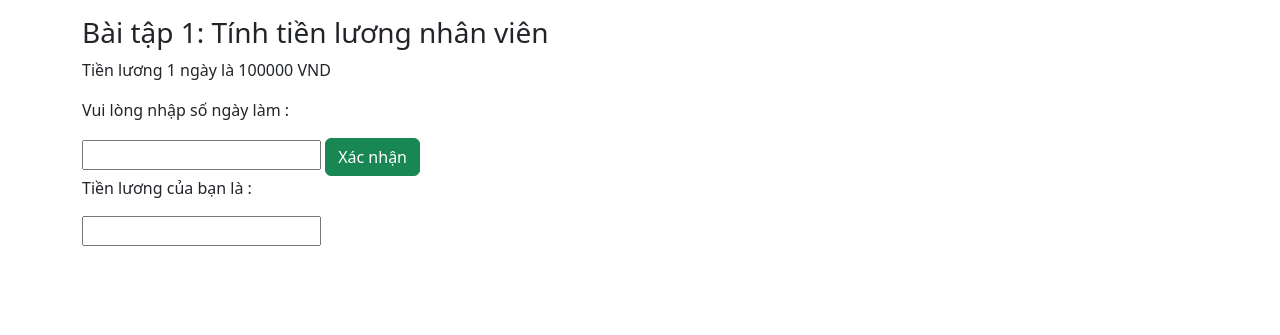
Repository: hcozyph/TranHuuPhuoc_BC43_BT_JS_Buoi2
Page: index.html
The author's editor kept a copy of each file at every save. The page is drawn from the files as they stood at one save, then again after the next save.
The browser window is 1280 px wide. The pictures show the whole page.

Above is the page before, as saved 2023-01-21 21:31:51.

### index.html
<!DOCTYPE html>
<html lang="en">
    <head>
        <title>BT JS - Buoi 1</title>
        <!-- Required meta tags -->
        <meta charset="utf-8" />
        <meta
            name="viewport"
            content="width=device-width, initial-scale=1, shrink-to-fit=no"
        />

        <!-- Bootstrap CSS v5.2.1 -->
        <link
            href="https://cdn.jsdelivr.net/npm/bootstrap@5.2.1/dist/css/bootstrap.min.css"
            rel="stylesheet"
            integrity="sha384-iYQeCzEYFbKjA/T2uDLTpkwGzCiq6soy8tYaI1GyVh/UjpbCx/TYkiZhlZB6+fzT"
            crossorigin="anonymous"
        />

        <!-- FontAwesome 6.2.0 CSS -->
        <link
            rel="stylesheet"
            href="https://cdnjs.cloudflare.com/ajax/libs/font-awesome/6.2.0/css/all.min.css"
            integrity="sha512-xh6O/CkQoPOWDdYTDqeRdPCVd1SpvCA9XXcUnZS2FmJNp1coAFzvtCN9BmamE+4aHK8yyUHUSCcJHgXloTyT2A=="
            crossorigin="anonymous"
            referrerpolicy="no-referrer"
        />

        <!-- index.css -->
        <link rel="stylesheet" href="./style/index.css" />
    </head>

    <body>
        <div class="container">
            <div class="BT1">
                <h1 class="fs-3 mt-3">Bài tập 1: Tính tiền lương nhân viên</h1>
                <p>Tiền lương 1 ngày là 100000 VND</p>
                <p>Vui lòng nhập số ngày làm :</p>
                <input type="text" id="soNgayLam" />
                <button
                    class="btn btn-success"
                    id="btnXacNhan"
                    onclick="inputSoNgayLam()"
                >
                    Xác nhận
                </button>
                <p>Tiền lương của bạn là :</p>
                <input type="text" id="result" />
            </div>

            <div class="BT2">
                <h1 class="fs-3 mt-3"></h1>
            </div>
        </div>

        <!-- Bootstrap JavaScript Libraries -->
        <script
            src="https://cdn.jsdelivr.net/npm/@popperjs/core@2.11.6/dist/umd/popper.min.js"
            integrity="sha384-oBqDVmMz9ATKxIep9tiCxS/Z9fNfEXiDAYTujMAeBAsjFuCZSmKbSSUnQlmh/jp3"
            crossorigin="anonymous"
        ></script>

        <script
            src="https://cdn.jsdelivr.net/npm/bootstrap@5.2.1/dist/js/bootstrap.min.js"
            integrity="sha384-7VPbUDkoPSGFnVtYi0QogXtr74QeVeeIs99Qfg5YCF+TidwNdjvaKZX19NZ/e6oz"
            crossorigin="anonymous"
        ></script>

        <!-- index.js -->
        <script src="./index.js"></script>
    </body>
</html>

### index.js

function inputSoNgayLam () {
    //input
    var soNgayLam = document.getElementById('soNgayLam').value;
    var luongMotNgay = 100000;
    //output
    var result = 0;

    var result = parseInt(soNgayLam) * parseInt(luongMotNgay);

    document.getElementById('result').value = result + 'VND';
}



/*
Link vercel:
https://tran-huu-phuoc-bc-43-bt-js-buoi1.vercel.app/
*/

Loaded but not shown: style/index.css (no stored copy; drawn as an empty file)

After the next save:
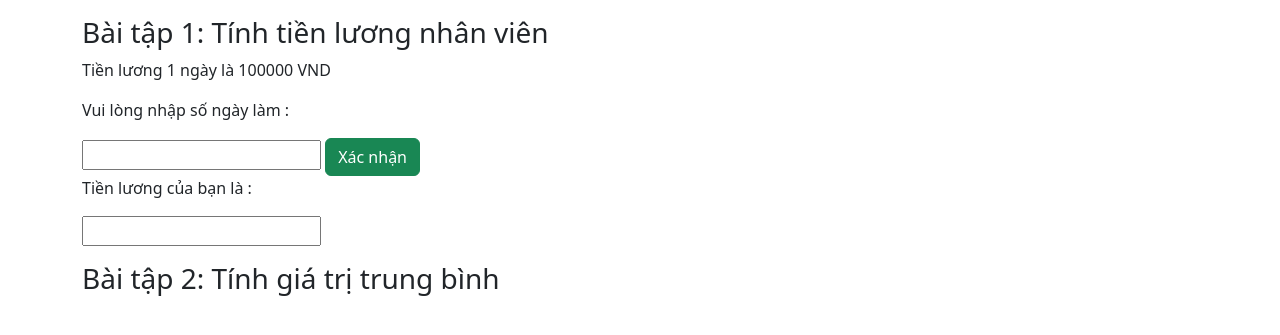
Saved 14 s later.
--- a/index.html
+++ b/index.html
@@ -49,7 +49,7 @@
             </div>
 
             <div class="BT2">
-                <h1 class="fs-3 mt-3"></h1>
+                <h1 class="fs-3 mt-3">Bài tập 2: Tính giá trị trung bình</h1>
             </div>
         </div>
 
